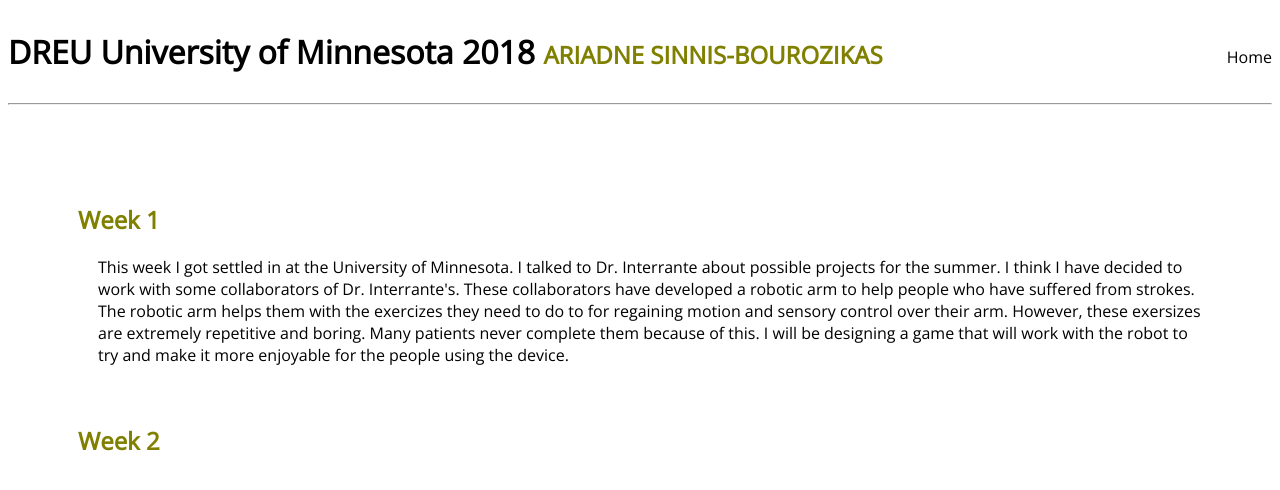
Repository: ariadnesb/dreu2018
Page: journal.html
The author's editor kept a record of every edit. The page is drawn from the files as they stood at one moment, then again after the next edit.
The browser window is 1280 px wide. The pictures show the whole page.

Above is the page before.

After the next edit:
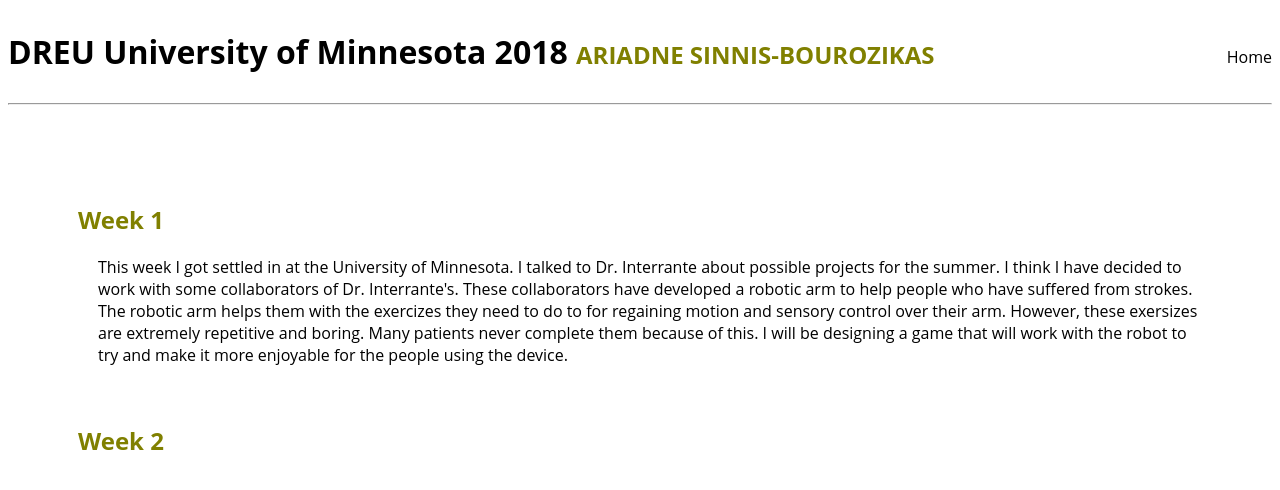
The edit:
--- a/journal.html
+++ b/journal.html
@@ -3,7 +3,7 @@
     <head>
         <title>It's me</title>
         <link rel="stylesheet" href="styles.css">
-        <link href="https://fonts.googleapis.com/css?family=Open+Sans" rel="stylesheet">    </head>
+        <link href="https://fonts.googleapis.com/css?family=Roboto" rel="stylesheet">
     </head>
 </html>
 
